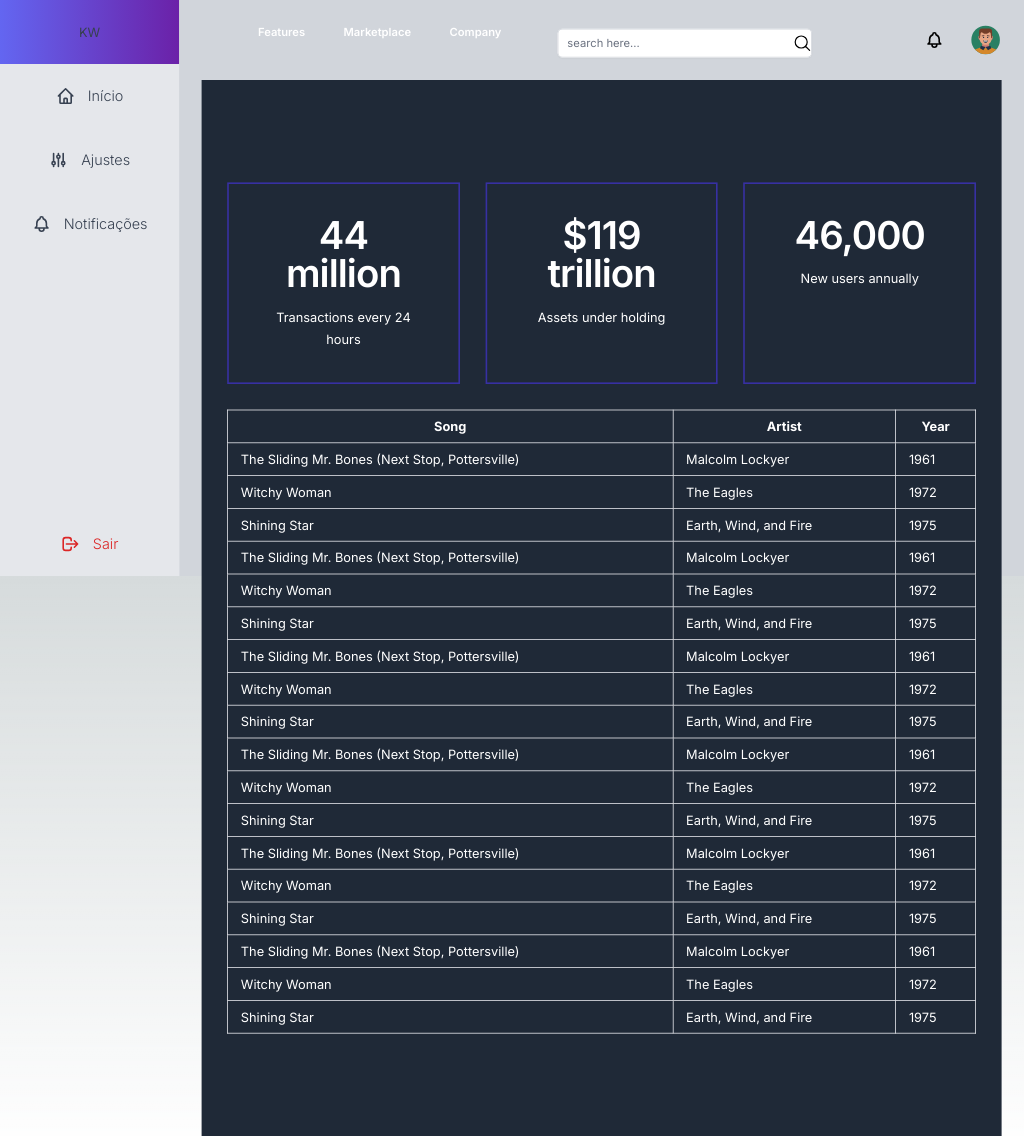
Repository: KennedyWanderson/AdminDashboard
Page: / (app in Code/admindashboard/)
These files come from the project's save history. The page is drawn as it stood at one moment and after the next save; the edit follows.
The browser window is 1280 px wide. The pictures show the whole page, at 80% of full size.
The project was rebuilt for these pictures with package versions that can differ from the ones it lists, and the page was loaded fresh each time. The framework's server and built-in components were replaced by stand-ins that run in the browser. Also part of the build but not shown: Code/admindashboard/next.config.mjs.

Above is the page before, as saved 2024-06-23 15:55:11.

After the next save:
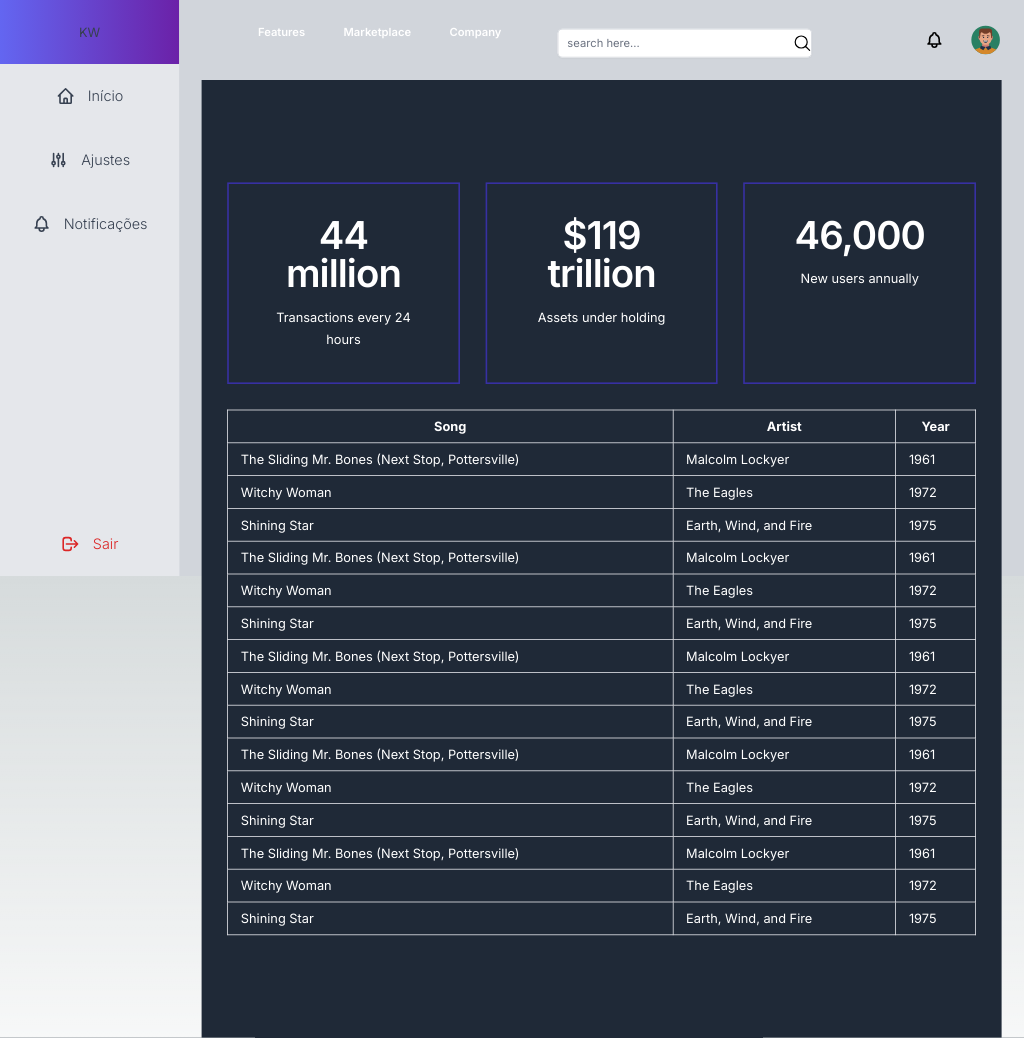
Saved 12 s later.
--- a/Code/admindashboard/src/components/Home.jsx
+++ b/Code/admindashboard/src/components/Home.jsx
@@ -101,21 +101,7 @@ export default function HomePage() {
                             <td className="px-4 py-2 border">Earth, Wind, and Fire</td>
                             <td className="px-4 py-2 border">1975</td>
                         </tr>
-                        <tr className="">
-                            <td className="px-4 py-2 border">The Sliding Mr. Bones (Next Stop, Pottersville)</td>
-                            <td className="px-4 py-2 border">Malcolm Lockyer</td>
-                            <td className="px-4 py-2 border">1961</td>
-                        </tr>
-                        <tr className="">
-                            <td className="px-4 py-2 border">Witchy Woman</td>
-                            <td className="px-4 py-2 border">The Eagles</td>
-                            <td className="px-4 py-2 border">1972</td>
-                        </tr>
-                        <tr className="">
-                            <td className="px-4 py-2 border">Shining Star</td>
-                            <td className="px-4 py-2 border">Earth, Wind, and Fire</td>
-                            <td className="px-4 py-2 border">1975</td>
-                        </tr>
+
                     </tbody>
                 </table>
             </div>
